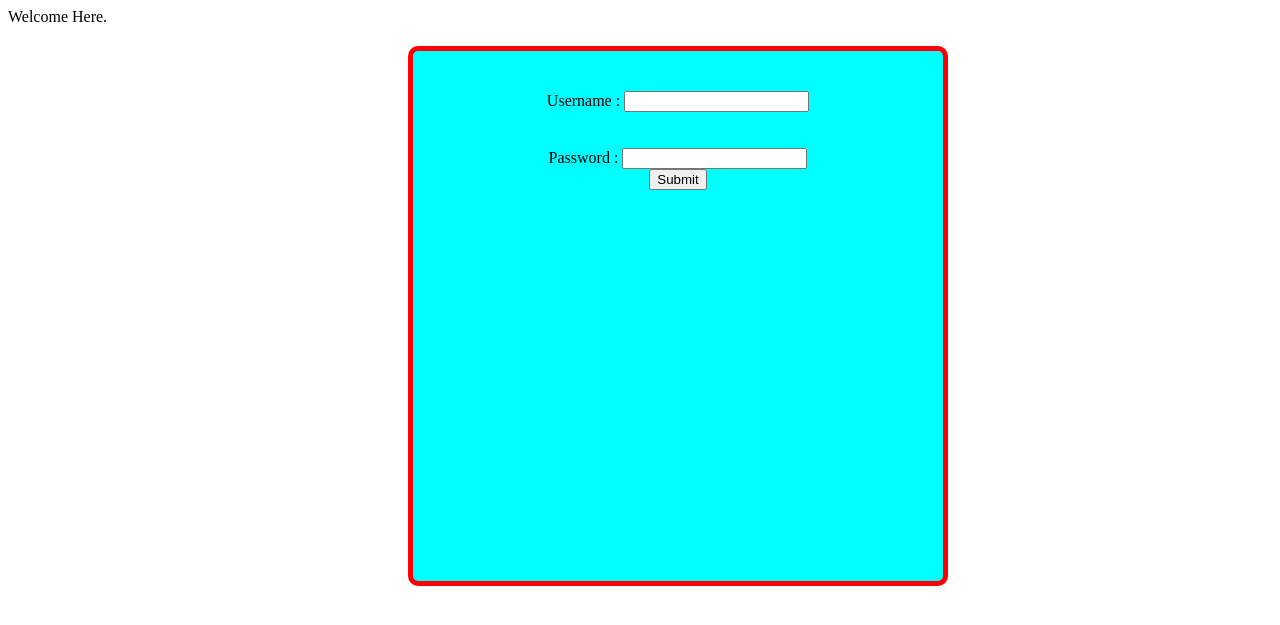
Repository: sunil965/JavaRepo
Page: WebProject/WebContent/index.html
The author's editor kept a copy of each file at every save. The page is drawn from the files as they stood at one save, then again after the next save.
The browser window is 1280 px wide. The pictures show the whole page.

Above is the page before, as saved 2017-04-26 11:06:20.

### WebProject/WebContent/index.html
<!DOCTYPE html>
<html>
<head>
<meta charset="UTF-8">
<title>Insert title here</title>
</head>
<style>
.div{
   border: 5px solid red;
   height: 450px;
   width: 450px;
   background-color: cyan;
   margin-left: 400px;
   margin-top: 20px;
   padding: 40px;
   border-radius: 10px;



}
</style>
<body>

<div><hi>Welcome Here.</hi></div>

<div class="div">
<center>
<form action="LoginServlet" method="get">
Username : <input type="text" id="name"><br><br><br>
Password : <input type="password" id="name"><br>
<input type="submit">
</form>
</center>
</div>


</body>
</html>

After the next save:
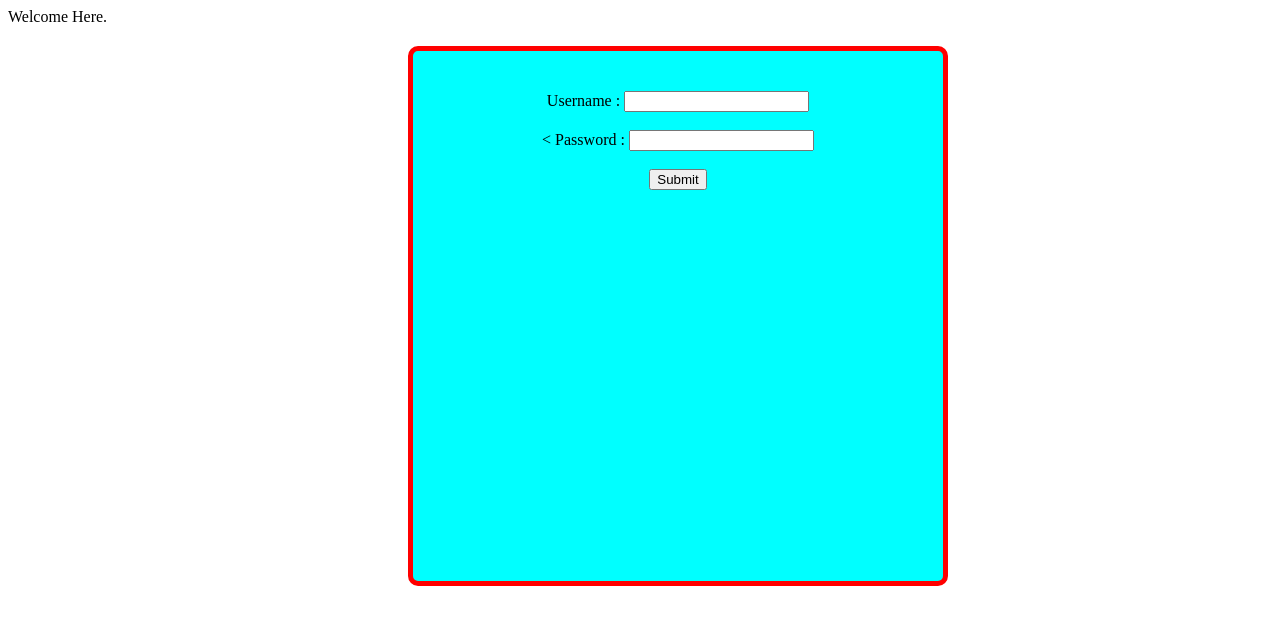
Saved 44 s later.
--- a/WebProject/WebContent/index.html
+++ b/WebProject/WebContent/index.html
@@ -26,8 +26,8 @@
 <div class="div">
 <center>
 <form action="LoginServlet" method="get">
-Username : <input type="text" id="name"><br><br><br>
-Password : <input type="password" id="name"><br>
+Username : <input type="text" id="name"><br><br><
+Password : <input type="password" id="name"><br><br>
 <input type="submit">
 </form>
 </center>
